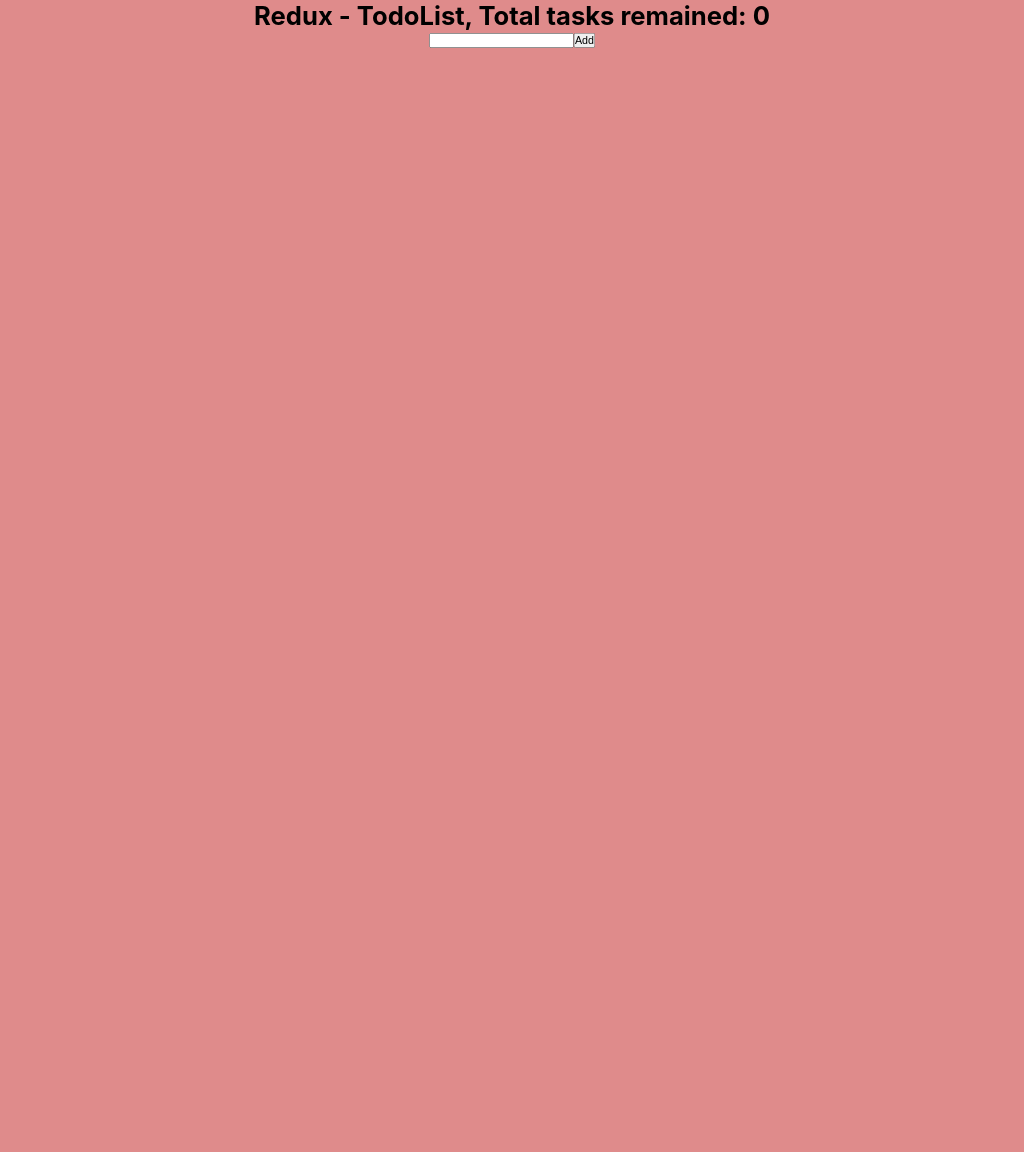
Repository: BhanuKaukuntla/TodoApp
Page: /
These files come from the project's save history. The page is drawn as it stood at one moment and after the next save; the edit follows.
The browser window is 1280 px wide. The pictures show the whole page, at 80% of full size.
The project was rebuilt for these pictures with package versions that can differ from the ones it lists, and the page was loaded fresh each time. Also part of the build but not shown: src/components/TodoItem/TodoItem.js.

Above is the page before, as saved 2021-12-01 10:11:28.

After the next save:
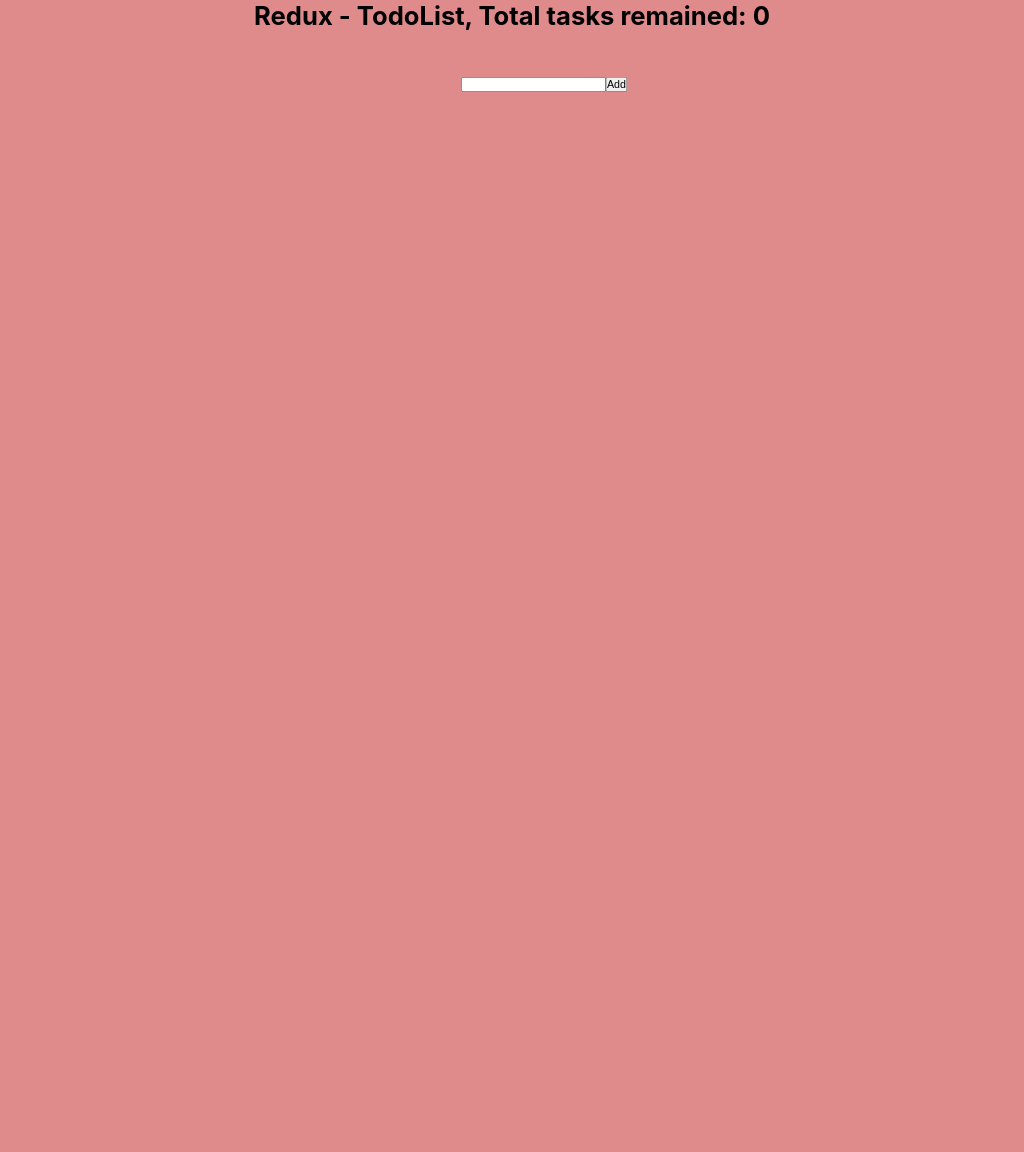
Saved 5 s later.
--- a/src/index.css
+++ b/src/index.css
@@ -28,3 +28,9 @@ code {
   /* position: fixed; */
   width: 100%;
 }
+
+.todoInput{
+  margin-top: 3rem;
+  margin-left: 5rem;
+  font-size: x-large;
+}
